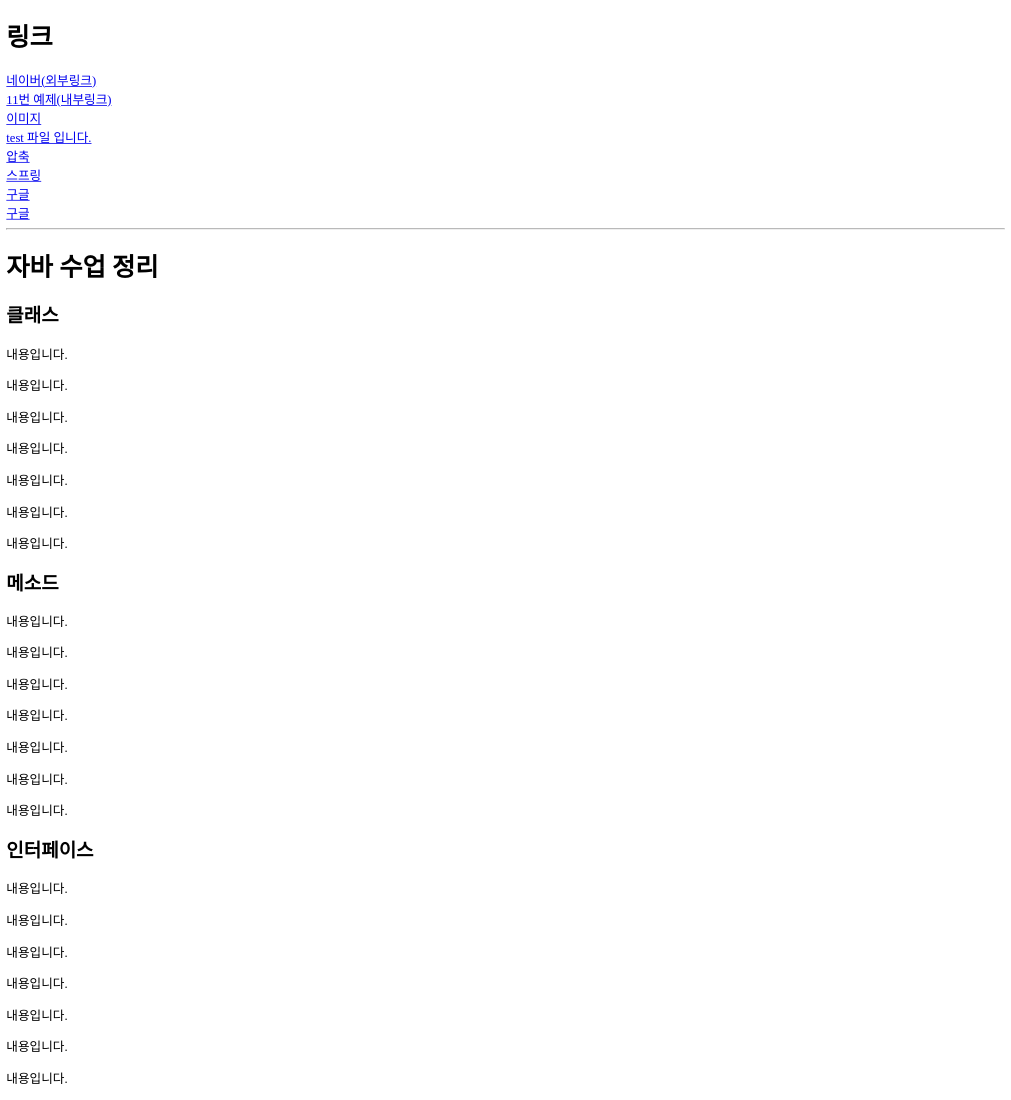
Repository: sungken/htmlProject
Page: ClientTest/src/main/webapp/html/ex12_link.html
These files come from the project's save history. The page is drawn as it stood at one moment and after the next save; the edit follows.
The browser window is 1280 px wide. The pictures show the whole page, at 79% of full size.

Above is the page before, as saved 2024-03-13 03:25:19.

### ClientTest/src/main/webapp/html/ex12_link.html
<!DOCTYPE html>
<html>
<head>
<meta charset="UTF-8">
<title>Insert title here</title>
</head>
<body>
<!-- ex12_link.html -->
<h1>링크</h1>
<a href="http://www.naver.com">네이버(외부링크)</a>
<br>
<a href="ex11_list.html">11번 예제(내부링크)</a>
<br>
<a href="images/dog.jpg">이미지</a>
<br>
<a href="test.txt">test 파일 입니다.</a>
<br>
<a href="html.zip">압축</a>
<br>
<a href="http://spring.io">스프링</a>
<br>

<!--
	a. target
	- 열거형
		1. _blank
		2. _ self(default)
		3. _parent
		4. _top
		5. 프레임 명
 -->
<a href="http://google.com" target="_self">구글</a>
<br>
<a href="http://google.com" target="_blank">구글</a>

<hr>
<h1>자바 수업 정리</h1>
<h2>클래스</h2>
<p>내용입니다.</p><p>내용입니다.</p><p>내용입니다.</p><p>내용입니다.</p><p>내용입니다.</p><p>내용입니다.</p><p>내용입니다.</p>

<h2>메소드</h2>
<p>내용입니다.</p><p>내용입니다.</p><p>내용입니다.</p><p>내용입니다.</p><p>내용입니다.</p><p>내용입니다.</p><p>내용입니다.</p>

<h2>인터페이스</h2>
<p>내용입니다.</p><p>내용입니다.</p><p>내용입니다.</p><p>내용입니다.</p><p>내용입니다.</p><p>내용입니다.</p><p>내용입니다.</p>


</body>
</html>

After the next save:
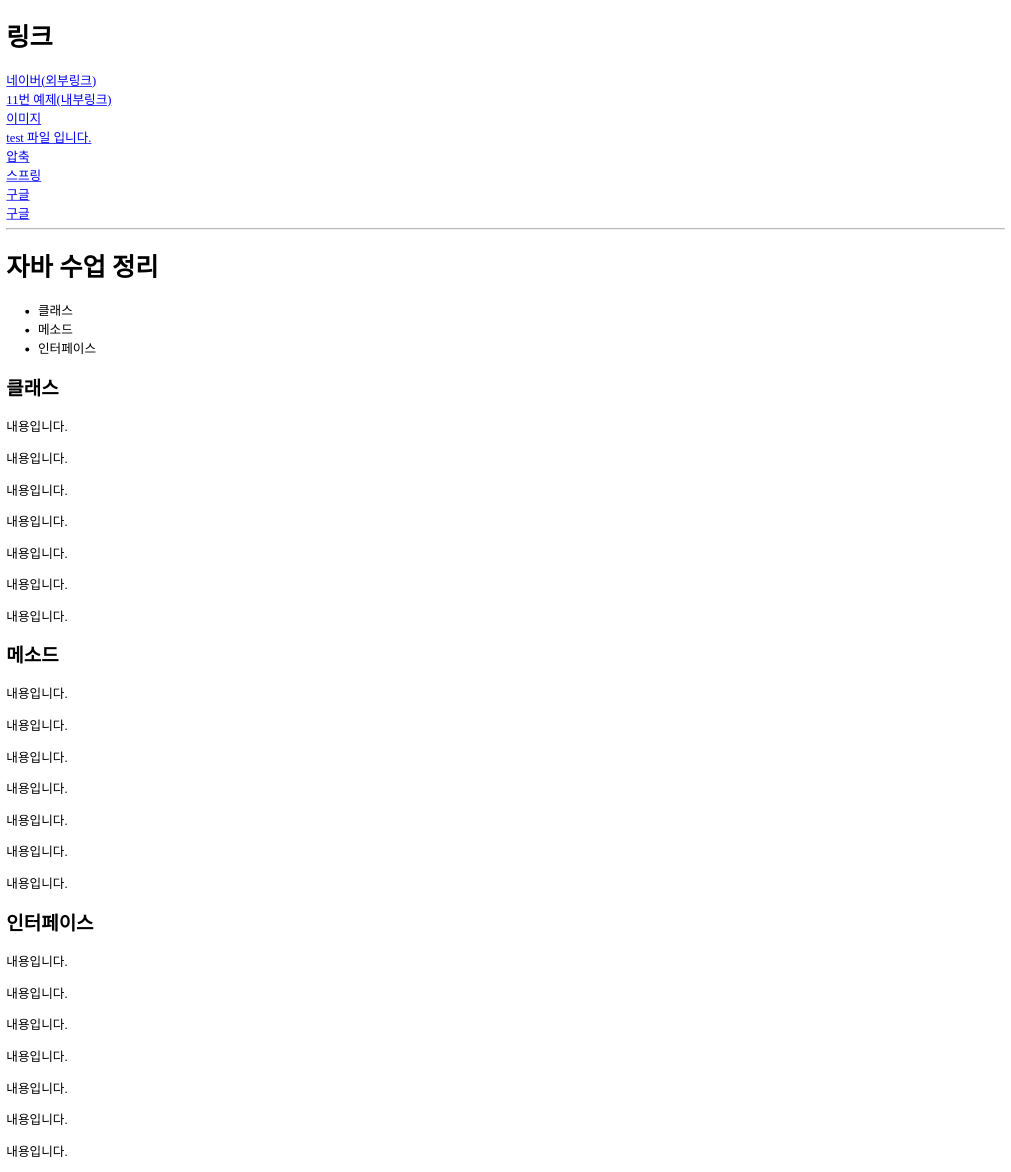
Saved 39 s later.
--- a/ClientTest/src/main/webapp/html/ex12_link.html
+++ b/ClientTest/src/main/webapp/html/ex12_link.html
@@ -35,6 +35,13 @@
 
 <hr>
 <h1>자바 수업 정리</h1>
+<ul>
+	<li>클래스</li>
+	<li>메소드</li>
+	<li>인터페이스</li>
+
+</ul>
+
 <h2>클래스</h2>
 <p>내용입니다.</p><p>내용입니다.</p><p>내용입니다.</p><p>내용입니다.</p><p>내용입니다.</p><p>내용입니다.</p><p>내용입니다.</p>
 
